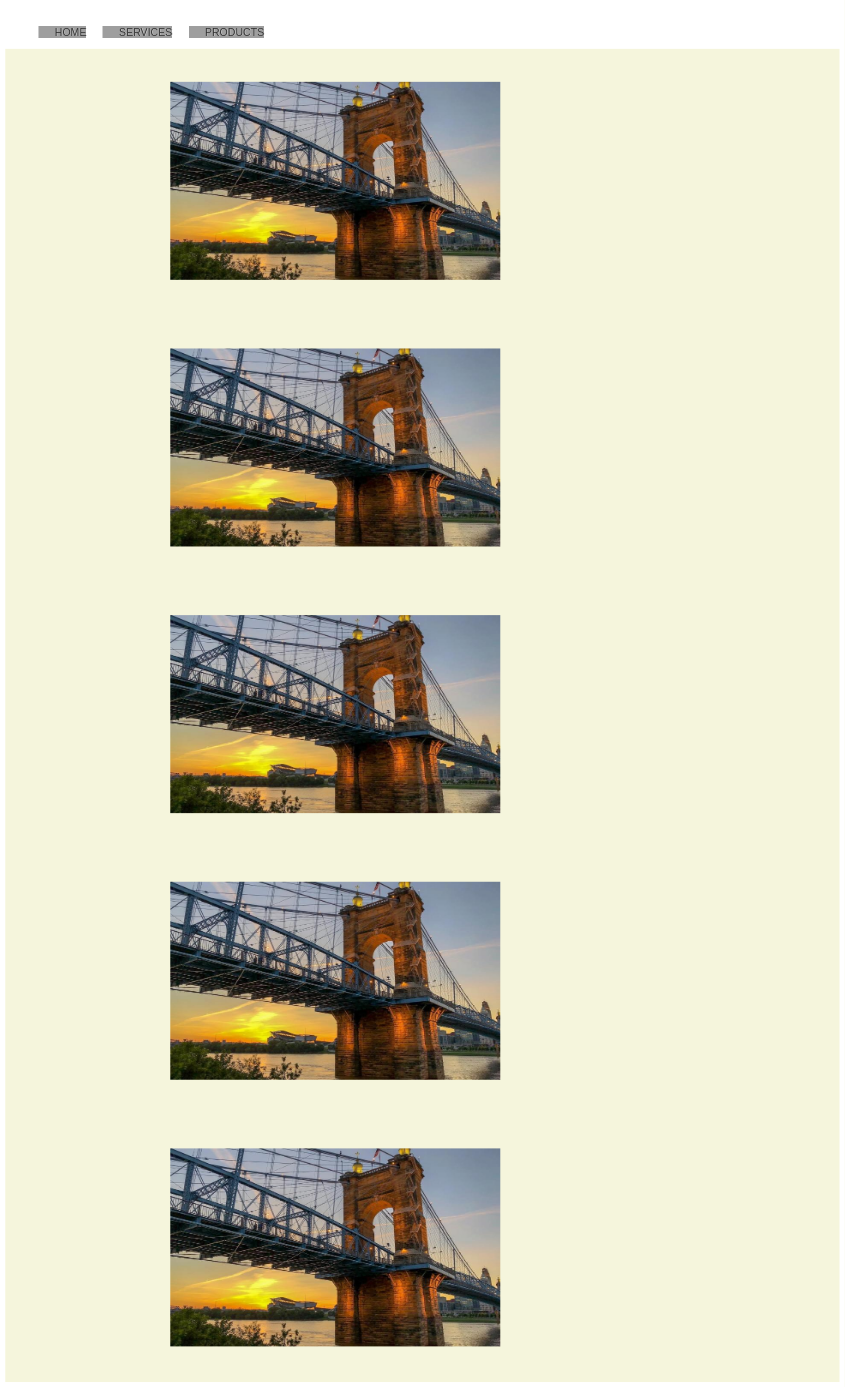
Repository: LtGriff/capstoneprogress
Page: index.html
An editor plug-in stored every save of this project. The page is shown before and after a run of saves, followed by the edit.
The browser window is 1280 px wide. The pictures show the whole page, at 66% of full size.
Pictures or frames that could not be fetched are drawn as grey boxes.

Above is the page before, as saved 2022-06-06 00:14:30.

### index.html
<!DOCTYPE html>
<html lang="en">
<head>
     <meta charset="UTF-8">
     <meta http-equiv="X-UA-Compatible" content="IE=edge">
     <meta name="viewport" content="width=device-width, initial-scale=1.0">
     <title>Document</title>
     <link rel="stylesheet" href="style.css">
</head>
<body>


     </html><nav id="main-menu">
     <ul class="nav-bar">
          <li class="nav-button-home"><a href="#">Home</a></li>
          <li class="nav-button-services"><a href="#">Services</a></li>
          <li class="nav-button-products"><a href="#">Products</a></li>
     </ul>
</nav>


<section class="gallery">
     <div class="picture">
          <img src="img/bridge.jpg" alt="bridge">


     </div>

     <div class="picture">
          <img src="img/bridge.jpg" alt="bridge">


     </div>

     <div class="picture">
          <img src="img/bridge.jpg" alt="bridge">


     </div>

     <div class="picture">
          <img src="img/bridge.jpg" alt="bridge">


     </div>


     <div class="picture">
          <img src="img/bridge.jpg" alt="bridge">


     </div>
</section>


</body>

### style.css
body { font-family: sans-serif; }

#main-menu .nav-bar { list-style:none; margin-top: 40px; }
#main-menu .nav-bar li { display:inline; padding:0 10px; }

#main-menu .nav-bar li a {
  text-decoration: none;
  padding-left: 25px;
  text-transform: uppercase;
  color: #333;
	text-shadow: 1px 1px 1px #ccc;
}

.nav-bar .nav-button-home a { background:url("https://www.cheesetoast.co.uk/cheesepress/wp-content/uploads/2012/08/home.gif") no-repeat 0px -2px transparent; }

.nav-bar .nav-button-services a { background:url("https://www.cheesetoast.co.uk/cheesepress/wp-content/uploads/2012/08/services.gif") no-repeat 0px -2px transparent; }

.nav-bar .nav-button-products a { background:url("https://www.cheesetoast.co.uk/cheesepress/wp-content/uploads/2012/08/products.gif") no-repeat 0px -2px transparent; }


.gallery{
  display: flex;
  flex-direction: row;
  flex-wrap: wrap;
  justify-content: space-between;
  background-color: beige;
  height: 100%;
  padding: 0px 200px;
}

.gallery .picture{
  margin: 50px;
}

.gallery .picture img{
  width: 500px;
  height: 300px;
  box-shadow: ;
}

After the next 6 saves:
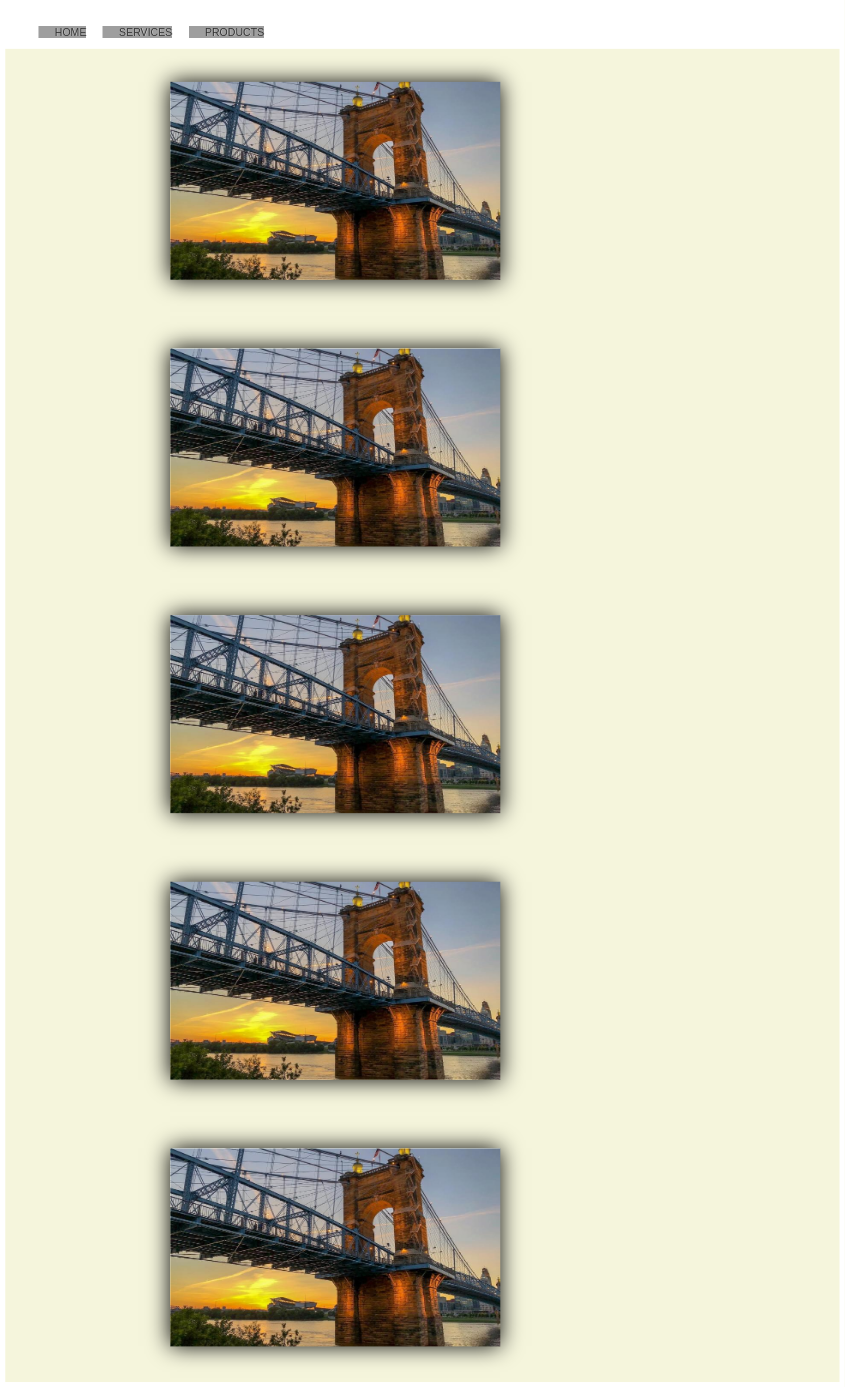
The 6 saves are shown as one change because they came seconds apart.
The last was saved 18 s later.
--- a/style.css
+++ b/style.css
@@ -35,5 +35,5 @@
 .gallery .picture img{
   width: 500px;
   height: 300px;
-  box-shadow: ;
+  box-shadow: 0px 0px 32px ;
 }

After the 2 saves that followed:
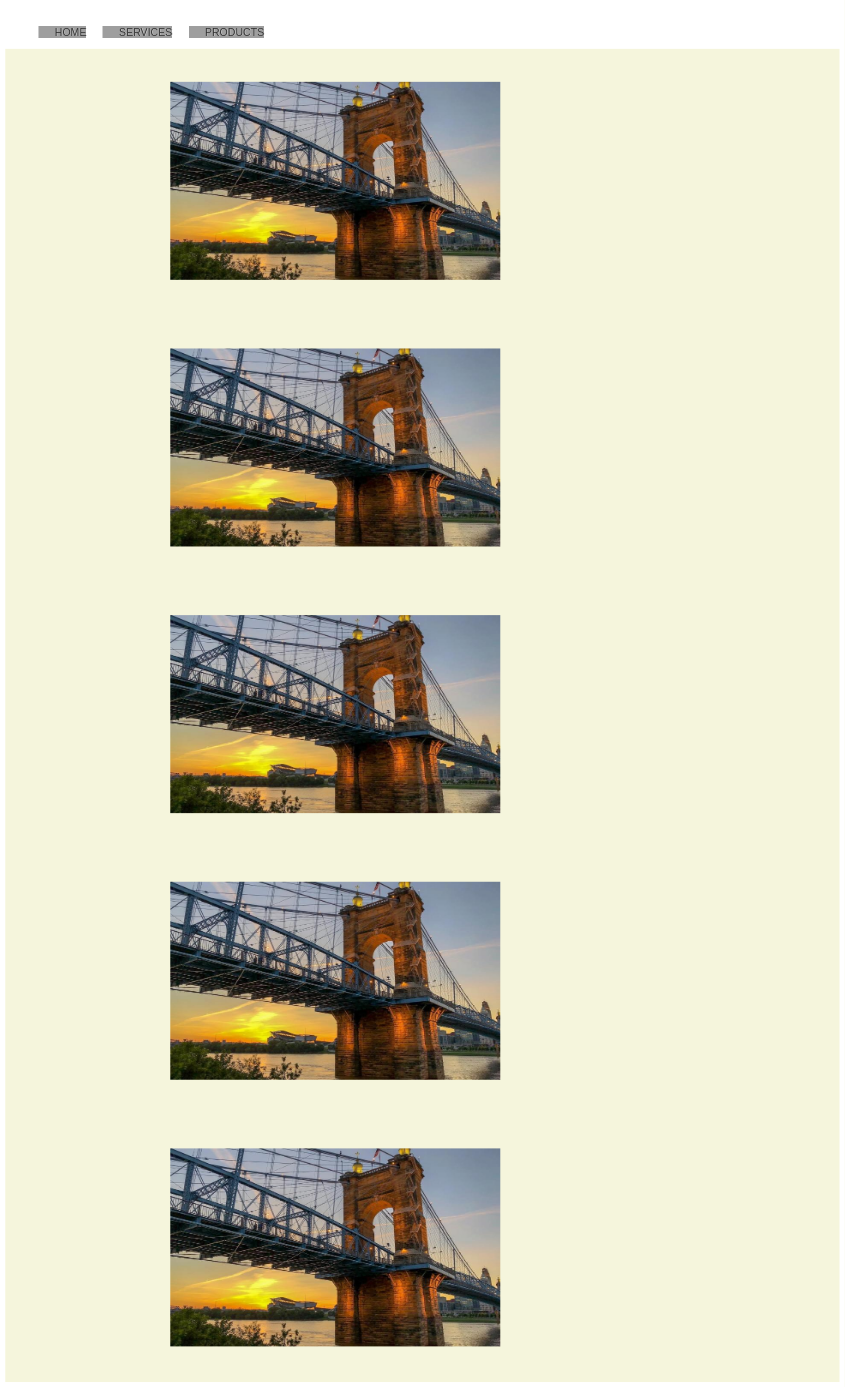
The 2 saves are shown as one change because they came seconds apart.
The last was saved 7 s later.
--- a/style.css
+++ b/style.css
@@ -35,5 +35,5 @@
 .gallery .picture img{
   width: 500px;
   height: 300px;
-  box-shadow: 0px 0px 32px ;
+  box-shadow: 0px 0px 32px -1px rgba(red, green, blue, alpha);
 }
